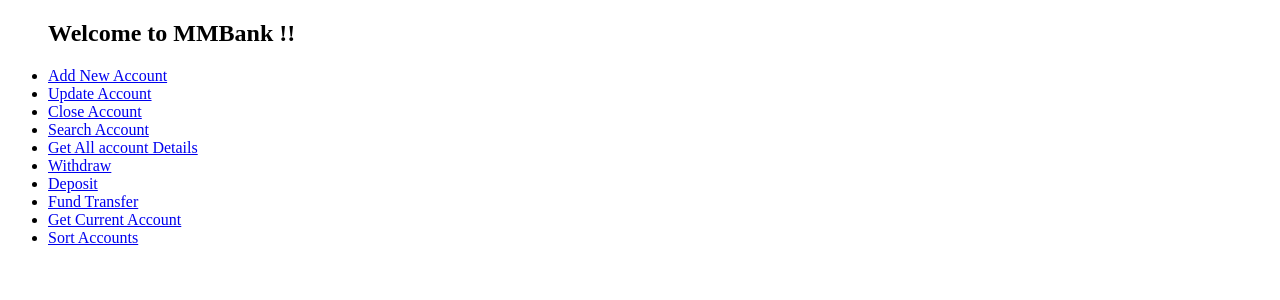
Repository: deepikabachhav/Ally-World-Post
Page: http://localhost/website/WEB-INF/jsp/index.jsp
An editor plug-in stored every save of this project. The page is shown before and after the next save, followed by the edit.
The browser window is 1280 px wide. The pictures show the whole page.
The page is served by Tomcat 9. Nobody is signed in. The template is opened directly, without the code that normally fills it, so the values that code supplies are empty.

Above is the page before, as saved 2019-02-09 10:52:37.

After the next save:
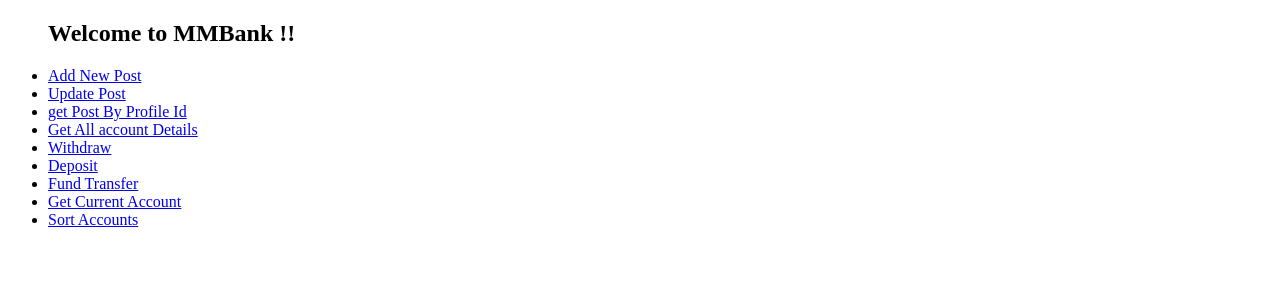
Saved 106 s later.
--- a/website/src/main/webapp/WEB-INF/jsp/index.jsp
+++ b/website/src/main/webapp/WEB-INF/jsp/index.jsp
@@ -13,10 +13,9 @@
 	<!-- 	<form action="Account" metod=" post"> -->
 		<ul>
 				<h2>Welcome to MMBank !!</h2>
-				<li><a href="addNewAccount">Add New Account</a></li>
-                <li><a href="updateAccount">Update Account</a></li>
-                <li><a href="closeAccount">Close Account</a></li>
-                <li><a href="searchForm">Search Account</a>
+				<li><a href="addNewPost">Add New Post</a></li>
+                <li><a href="updatePost">Update Post</a></li>
+                <li><a href="getPostByProfileId">get Post By Profile Id</a>
                 <li><a href="getAllAccountDetails">Get All account Details</a></li>
                 <li><a href="withdraw">Withdraw </a></li>
                <li><a href="deposit">Deposit</a></li>
